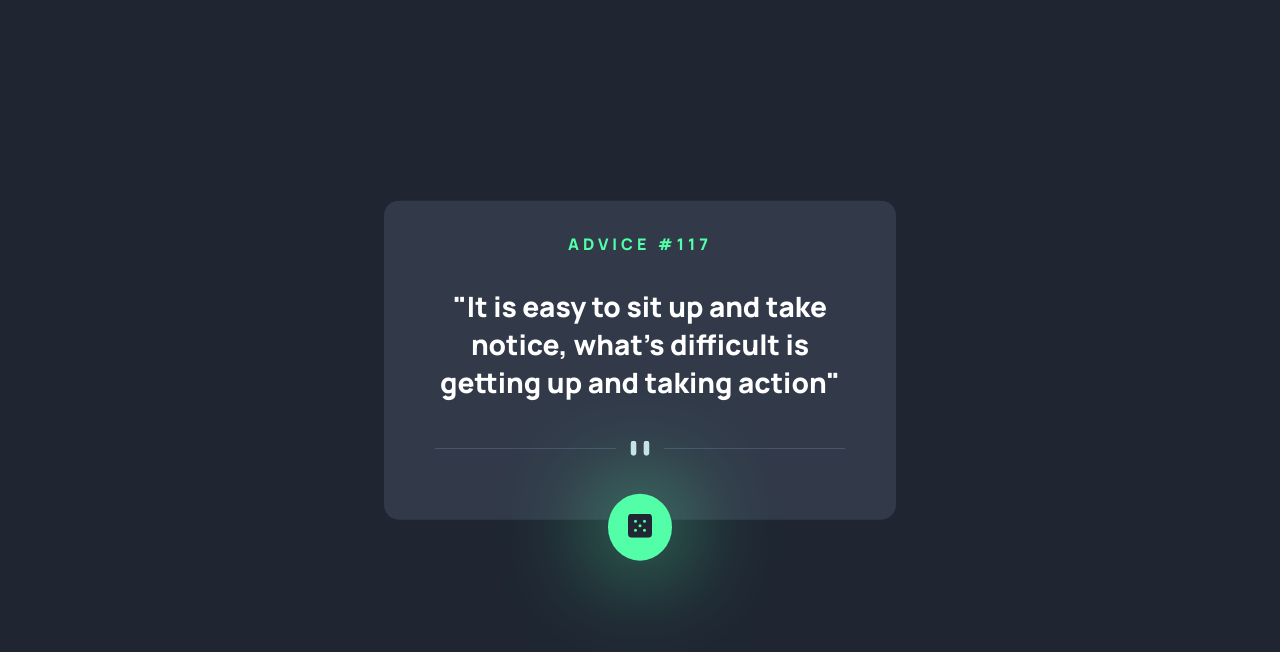
Repository: WindOfCodes/advice-generator-app
Page: index.html
The author's editor kept a copy of each file at every save. The page is drawn from the files as they stood at one save, then again after a run of saves.
The browser window is 1280 px wide. The pictures show the whole page.
The pointer rests on the first visible `.dice`.

Above is the page before, as saved 2022-11-28 22:22:06.

After the next 6 saves:
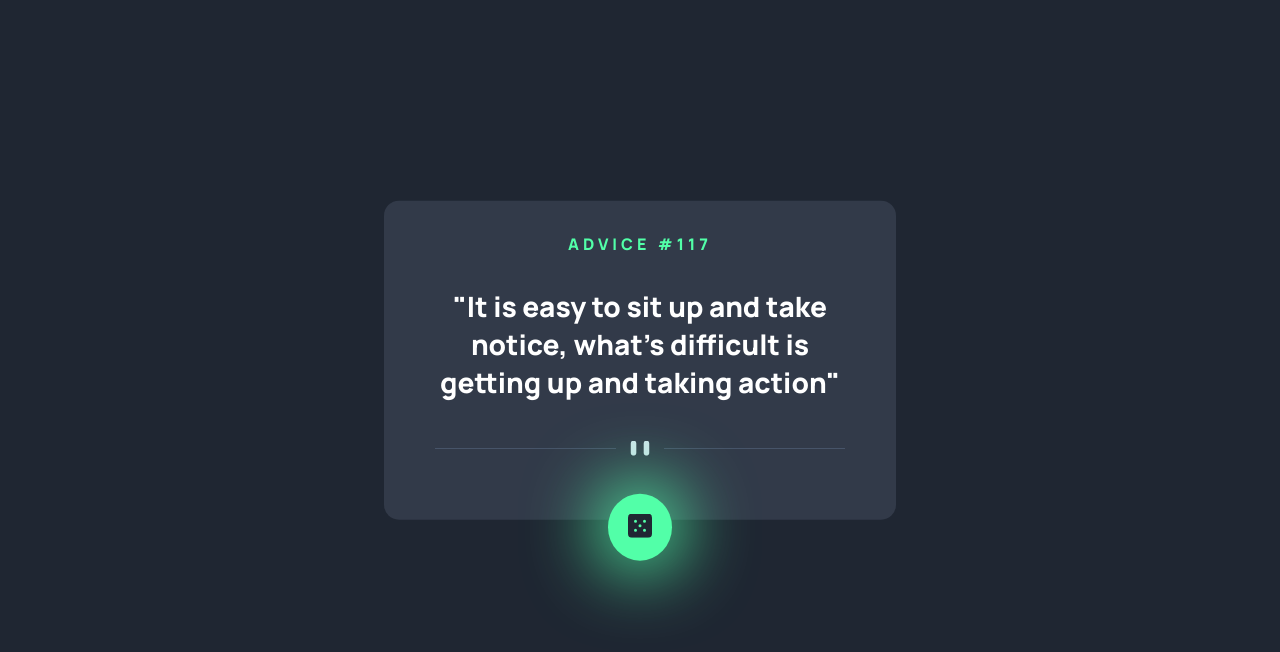
The 6 saves are shown as one change because they came seconds apart.
The last was saved 67 s later.
--- a/styles/main.css
+++ b/styles/main.css
@@ -65,7 +65,7 @@ body {
 
 .dice:hover {
   cursor: pointer;
-  -webkit-box-shadow: 0px 0px 100px 0px hsla(150, 100%, 66%, 1);
-  -moz-box-shadow: 0px 0px 100px 0px hsla(150, 100%, 66%, 1);
-  box-shadow: 0px 0px 100px 0px hsla(150, 100%, 66%, 1);
+  -webkit-box-shadow: 0px 0px 72px 10px hsla(150, 100%, 66%, 1);
+  -moz-box-shadow: 0px 0px 72px 10px hsla(150, 100%, 66%, 1);
+  box-shadow: 0px 0px 72px 10px hsla(150, 100%, 66%, 1);
 }
